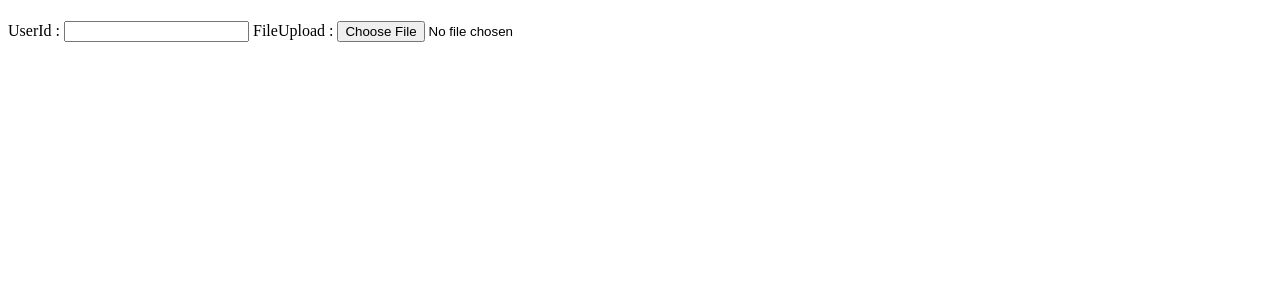
Repository: aygodbole/Coding-Assessment
Page: http://localhost/DocMgmt/resources/views/index.jsp
An editor plug-in stored every save of this project. The page is shown before and after the next save, followed by the edit.
The browser window is 1280 px wide. The pictures show the whole page.
The page is served by Tomcat 9.

Above is the page before, as saved 2017-12-20 04:13:25.

After the next save:
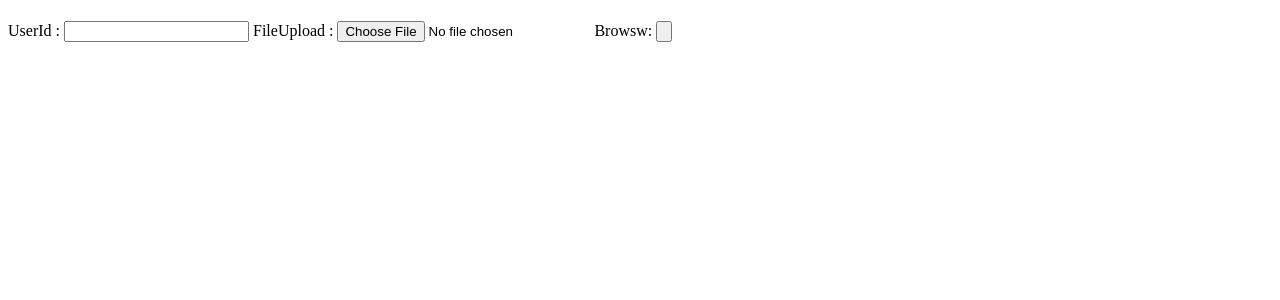
Saved 44 s later.
--- a/DocMgmt/src/main/webapp/resources/views/index.jsp
+++ b/DocMgmt/src/main/webapp/resources/views/index.jsp
@@ -12,7 +12,7 @@
 
 UserId : <input type="text" data-ng-model="fileAttUpload">
 FileUpload : <input type="file" onchange="angular.element(this).scope.onFileSelect(this);">
-
+Browsw: <input type="button" data-ng-click="clickUpload();">
 
 
 
